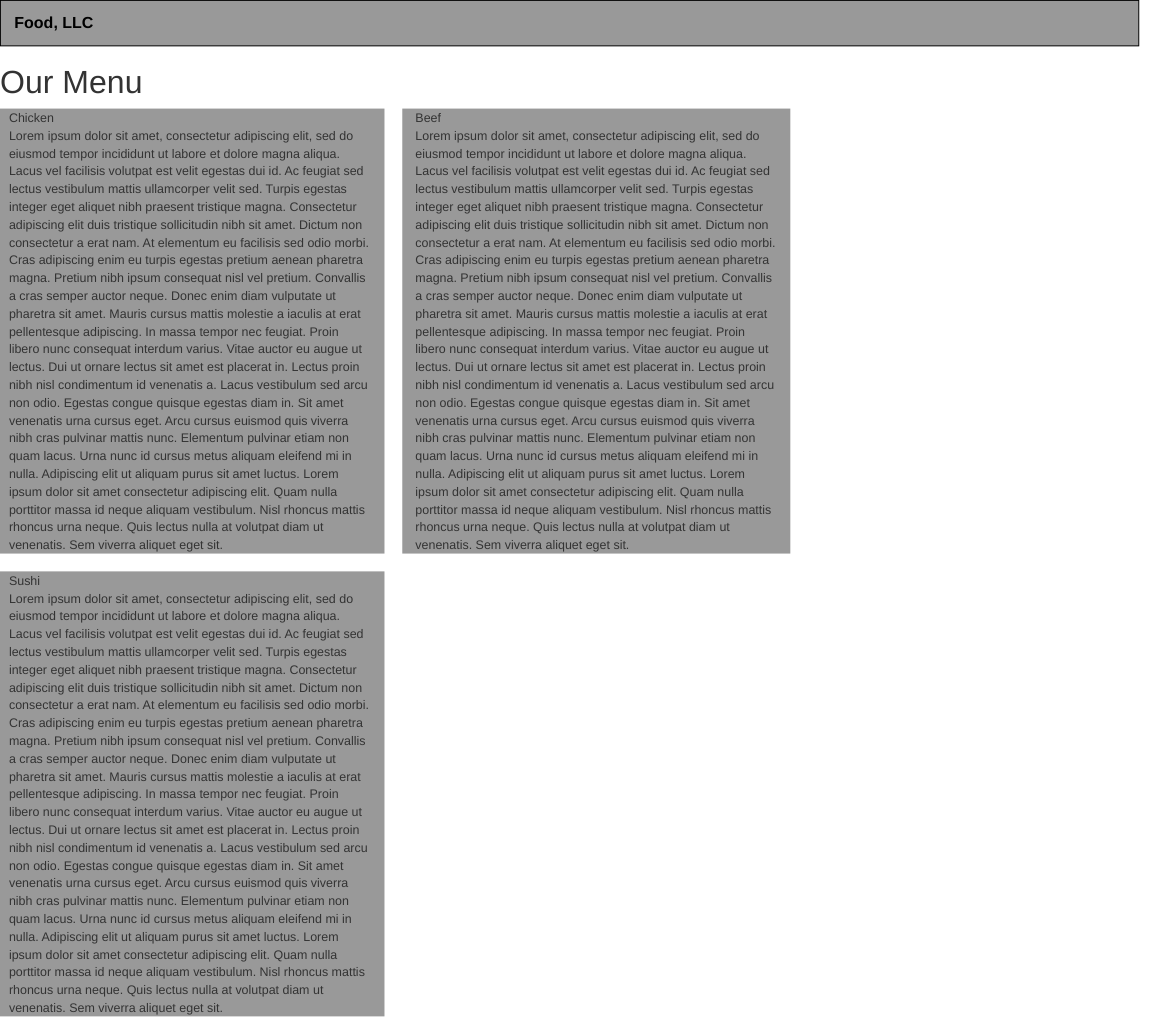
Repository: Cynthia-woo/coursera_frontend_JHU
Page: module3-solution/index.html
The author's editor kept a copy of each file at every save. The page is drawn from the files as they stood at one save, then again after the next save.
The browser window is 1280 px wide. The page is 1295 px wide, so the pictures cover 1295 px, including what lies to the right of the window. The pictures show the whole page, at 89% of full size.

Above is the page before, as saved 2024-04-20 02:47:25.

### module3-solution/index.html
<!doctype html>
<html lang="en">
  <head>
    <meta charset="utf-8">
    <meta http-equiv="X-UA-Compatible" content="IE=edge">
    <meta name="viewport" content="width=device-width, initial-scale=1">

    <!-- HTML5 shim and Respond.js for IE8 support of HTML5 elements and media queries -->
    <!-- WARNING: Respond.js doesn't work if you view the page via file:// -->
    <!--[if lt IE 9]>
      <script src="https://oss.maxcdn.com/html5shiv/3.7.2/html5shiv.min.js"></script>
      <script src="https://oss.maxcdn.com/respond/1.4.2/respond.min.js"></script>
    <![endif]-->

    <title>Assignment3-solution</title>
    <link rel="stylesheet" href="css/bootstrap.min.css">
    <link rel="stylesheet" href="css/styles.css">
  </head>
<body>
    <header>
        <nav id="header-nav" class="navbar navbar-default">
          <div class="container-fluid">
            <div class="navbar-header">
              <div class="navbar-brand">
                <a href="index.html"><span>Food, LLC</span></a>
              </div>

              <button type="button" class="navbar-toggle collapsed" data-toggle="collapse" data-target="#collapsable-nav" aria-expanded="false">
                <span class="sr-only">Toggle navigation</span>
                <span class="icon-bar"></span>
                <span class="icon-bar"></span>
                <span class="icon-bar"></span>
              </button>
            </div>


            <div id="collapsable-nav" class="collapse navbar-collapse hidden-lg hidden-md">
               <ul id="nav-list" class="nav navbar-nav navbar-right">
                <li>
                  <a href="menu-categories.html">
                    <br class="hidden-xs">Chicken</a>
                </li>
                <li>
                  <a href="#">
                    </span><br class="hidden-xs">Beef</a>
                </li>
                <li>
                  <a href="#">
                    <br class="hidden-xs">Sushi</a>
                </li>
              </ul><!-- #nav-list -->
            </div><!-- .collapse .navbar-collapse -->
          </div><!-- .container -->
        </nav><!-- #header-nav -->
      </header>

      <h1 id="main_title">Our Menu</h1>

      <section>
        <div id="home-tiles" class="row">
            <div class="col-md-4 col-sm-6 col-xs-12">
                <div class="dish_title">Chicken</div>
                <div class="dish_detail">Lorem ipsum dolor sit amet, consectetur adipiscing elit, sed do eiusmod tempor incididunt ut labore et dolore magna aliqua. Lacus vel facilisis volutpat est velit egestas dui id. Ac feugiat sed lectus vestibulum mattis ullamcorper velit sed. Turpis egestas integer eget aliquet nibh praesent tristique magna. Consectetur adipiscing elit duis tristique sollicitudin nibh sit amet. Dictum non consectetur a erat nam. At elementum eu facilisis sed odio morbi. Cras adipiscing enim eu turpis egestas pretium aenean pharetra magna. Pretium nibh ipsum consequat nisl vel pretium. Convallis a cras semper auctor neque. Donec enim diam vulputate ut pharetra sit amet. Mauris cursus mattis molestie a iaculis at erat pellentesque adipiscing. In massa tempor nec feugiat. Proin libero nunc consequat interdum varius. Vitae auctor eu augue ut lectus.

                    Dui ut ornare lectus sit amet est placerat in. Lectus proin nibh nisl condimentum id venenatis a. Lacus vestibulum sed arcu non odio. Egestas congue quisque egestas diam in. Sit amet venenatis urna cursus eget. Arcu cursus euismod quis viverra nibh cras pulvinar mattis nunc. Elementum pulvinar etiam non quam lacus. Urna nunc id cursus metus aliquam eleifend mi in nulla. Adipiscing elit ut aliquam purus sit amet luctus. Lorem ipsum dolor sit amet consectetur adipiscing elit. Quam nulla porttitor massa id neque aliquam vestibulum. Nisl rhoncus mattis rhoncus urna neque. Quis lectus nulla at volutpat diam ut venenatis. Sem viverra aliquet eget sit.</div>
            </div>
            <div class="col-md-4 col-sm-6 col-xs-12">
                <div class="dish_title">Beef</div>
                <div class="dish_detail">Lorem ipsum dolor sit amet, consectetur adipiscing elit, sed do eiusmod tempor incididunt ut labore et dolore magna aliqua. Lacus vel facilisis volutpat est velit egestas dui id. Ac feugiat sed lectus vestibulum mattis ullamcorper velit sed. Turpis egestas integer eget aliquet nibh praesent tristique magna. Consectetur adipiscing elit duis tristique sollicitudin nibh sit amet. Dictum non consectetur a erat nam. At elementum eu facilisis sed odio morbi. Cras adipiscing enim eu turpis egestas pretium aenean pharetra magna. Pretium nibh ipsum consequat nisl vel pretium. Convallis a cras semper auctor neque. Donec enim diam vulputate ut pharetra sit amet. Mauris cursus mattis molestie a iaculis at erat pellentesque adipiscing. In massa tempor nec feugiat. Proin libero nunc consequat interdum varius. Vitae auctor eu augue ut lectus.

                    Dui ut ornare lectus sit amet est placerat in. Lectus proin nibh nisl condimentum id venenatis a. Lacus vestibulum sed arcu non odio. Egestas congue quisque egestas diam in. Sit amet venenatis urna cursus eget. Arcu cursus euismod quis viverra nibh cras pulvinar mattis nunc. Elementum pulvinar etiam non quam lacus. Urna nunc id cursus metus aliquam eleifend mi in nulla. Adipiscing elit ut aliquam purus sit amet luctus. Lorem ipsum dolor sit amet consectetur adipiscing elit. Quam nulla porttitor massa id neque aliquam vestibulum. Nisl rhoncus mattis rhoncus urna neque. Quis lectus nulla at volutpat diam ut venenatis. Sem viverra aliquet eget sit.</div>
            </div>
            <div class="col-md-4 col-sm-6 col-xs-12">
                <div class="dish_title">Sushi</div>
                <div class="dish_detail">Lorem ipsum dolor sit amet, consectetur adipiscing elit, sed do eiusmod tempor incididunt ut labore et dolore magna aliqua. Lacus vel facilisis volutpat est velit egestas dui id. Ac feugiat sed lectus vestibulum mattis ullamcorper velit sed. Turpis egestas integer eget aliquet nibh praesent tristique magna. Consectetur adipiscing elit duis tristique sollicitudin nibh sit amet. Dictum non consectetur a erat nam. At elementum eu facilisis sed odio morbi. Cras adipiscing enim eu turpis egestas pretium aenean pharetra magna. Pretium nibh ipsum consequat nisl vel pretium. Convallis a cras semper auctor neque. Donec enim diam vulputate ut pharetra sit amet. Mauris cursus mattis molestie a iaculis at erat pellentesque adipiscing. In massa tempor nec feugiat. Proin libero nunc consequat interdum varius. Vitae auctor eu augue ut lectus.

                    Dui ut ornare lectus sit amet est placerat in. Lectus proin nibh nisl condimentum id venenatis a. Lacus vestibulum sed arcu non odio. Egestas congue quisque egestas diam in. Sit amet venenatis urna cursus eget. Arcu cursus euismod quis viverra nibh cras pulvinar mattis nunc. Elementum pulvinar etiam non quam lacus. Urna nunc id cursus metus aliquam eleifend mi in nulla. Adipiscing elit ut aliquam purus sit amet luctus. Lorem ipsum dolor sit amet consectetur adipiscing elit. Quam nulla porttitor massa id neque aliquam vestibulum. Nisl rhoncus mattis rhoncus urna neque. Quis lectus nulla at volutpat diam ut venenatis. Sem viverra aliquet eget sit.</div>
            </div>
      </section>


  <!-- jQuery (Bootstrap JS plugins depend on it) -->
  <script src="js/jquery-1.11.3.min.js"></script>
  <script src="js/bootstrap.min.js"></script>
  <script src="js/script.js"></script>
</body>
</html>

### module3-solution/css/styles.css
* {
    margin: 0;
    padding: 0;
    box-sizing: border-box;
}
.navbar-default{
    background-color: #999;
    border: 1px solid black;
    border-radius: 0;
}

.navbar-brand a{
    color: black;
    font-weight: bold;
}

.navbar-brand a:hover {
    text-decoration: none;

}



#main_menu {
    text-align: center;
    background-color: lightblue;
}

.col-md-4, .col-sm-6, .col-xs-12 {
    margin: 0 10px 20px;
    background-color: #999;
}

Loaded but not shown: module3-solution/css/bootstrap.min.css (library); module3-solution/js/jquery-1.11.3.min.js (library); module3-solution/js/bootstrap.min.js (library); module3-solution/js/script.js (no stored copy; drawn as an empty file)

After the next save:
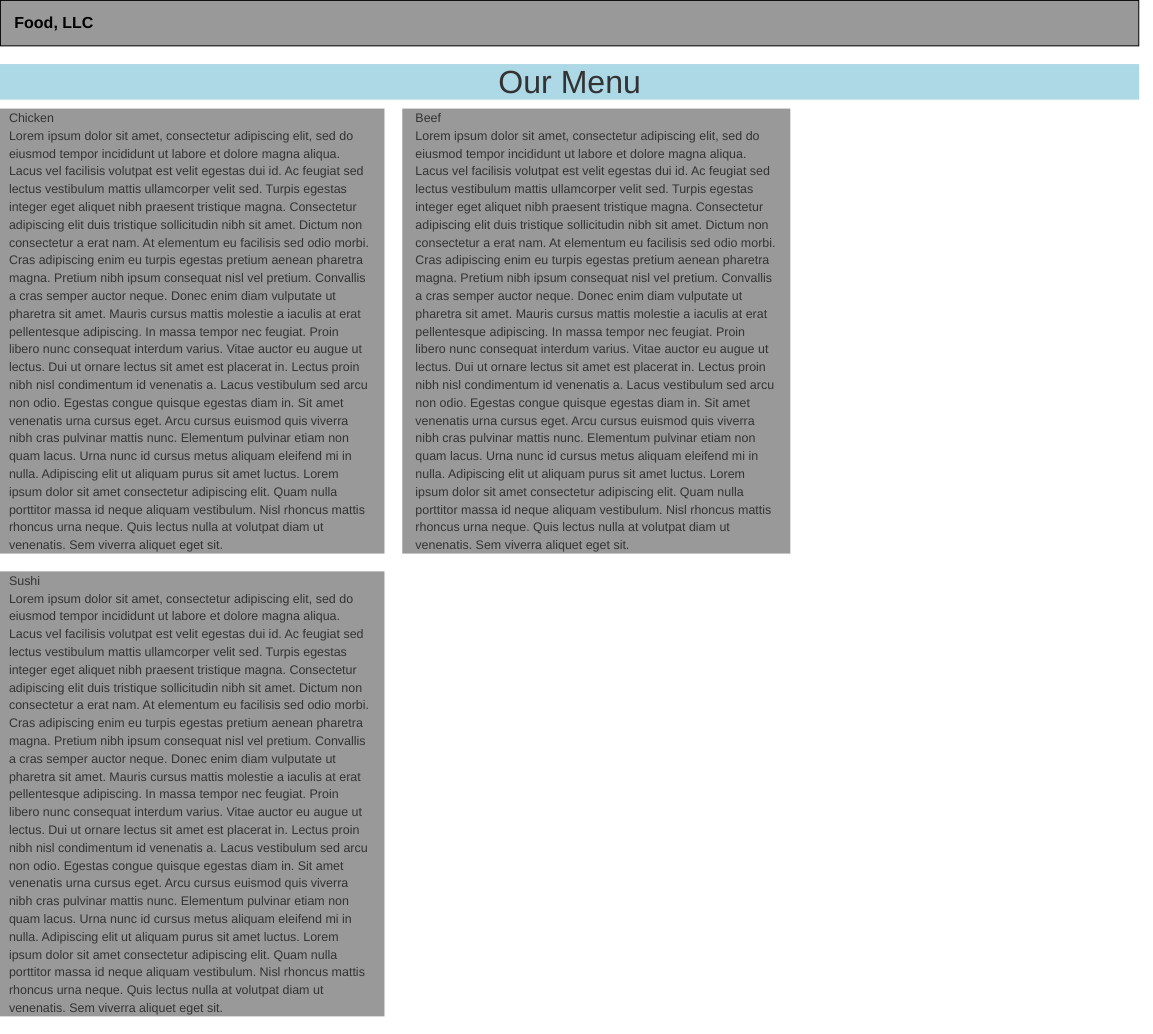
Saved 13 s later.
--- a/module3-solution/css/styles.css
+++ b/module3-solution/css/styles.css
@@ -21,7 +21,7 @@
 
 
 
-#main_menu {
+#main_title {
     text-align: center;
     background-color: lightblue;
 }
